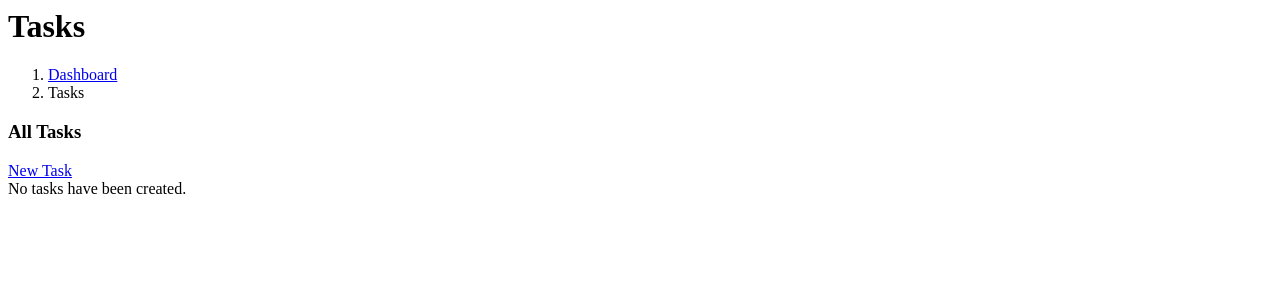
Repository: lcherone/cloud-developer
Page: http://localhost/app/module/cms/view/admin/task/index.php
The author's editor kept a record of every edit. The page is drawn from the files as they stood at one moment, then again after the next edit.
The browser window is 1280 px wide. The pictures show the whole page.
The page is run by PHP 8.4 with error messages shown; the project is at /var/www/html/.

Above is the page before.

After the next edit:
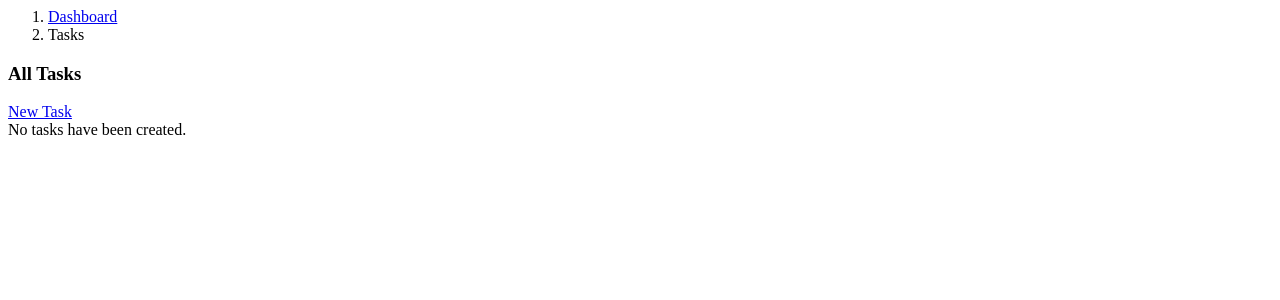
The edit:
--- a/app/module/cms/view/admin/task/index.php
+++ b/app/module/cms/view/admin/task/index.php
@@ -1,8 +1,8 @@
 <div class="row">
     <div class="col-lg-12">
-        <h1 class="page-header">
-            Tasks
-        </h1>
+        <!--<h1 class="page-header">-->
+        <!--    Tasks-->
+        <!--</h1>-->
         <ol class="breadcrumb">
             <li><a href="/admin"><i class="fa fa-dashboard"></i> Dashboard</a></li>
             <li class="active"><i class="fa fa-tasks"></i> Tasks</li>
